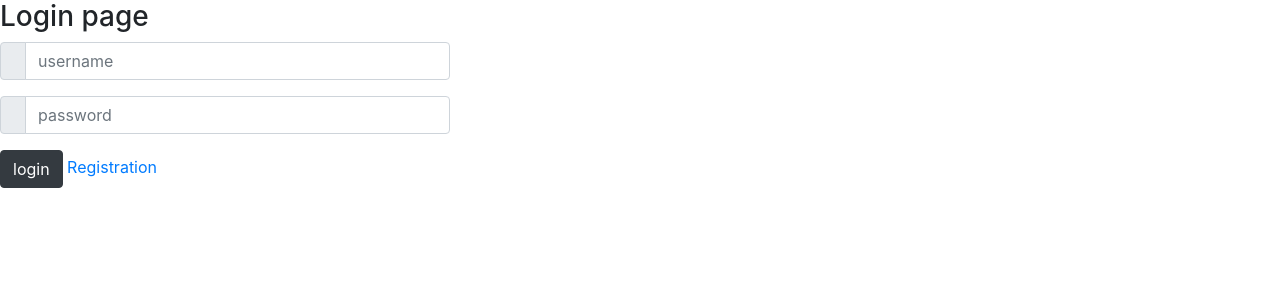
Repository: vishnushelke/LoginPage
Page: http://localhost/MyLoginPage/Login.jsp
The author's editor kept a copy of each file at every save. The page is drawn from the files as they stood at one save, then again after the next save.
The browser window is 1280 px wide. The pictures show the whole page.
The page is served by Tomcat 9. Other server files are loaded and not shown.

Above is the page before, as saved 2019-10-10 06:27:48.

### MyLoginPage/WebContent/Login.jsp
<%@ page language="java" contentType="text/html; charset=UTF-8"
    pageEncoding="UTF-8"%>
<!DOCTYPE html>
<html>
<head>
<meta charset="UTF-8">
<title>Insert title here</title>
<link rel="stylesheet"
href="https://maxcdn.bootstrapcdn.com/bootstrap/4.3.1/css/bootstrap.min.css">
<script
src="https://ajax.googleapis.com/ajax/libs/jquery/3.4.1/jquery.min.js"></script>
<script
src="https://cdnjs.cloudflare.com/ajax/libs/popper.js/1.14.7/umd/popper.min.js"></script>
<script
src="https://maxcdn.bootstrapcdn.com/bootstrap/4.3.1/js/bootstrap.min.js"></script>
</head>
<body>
<form action="login" method="post">
<div style='text-align:center'></div>
<fieldset style="width:450px">
<h3>Login page</h3>
<div class="input-group mb-3">
  <div class="input-group-prepend">
    <span class="input-group-text" id="basic-addon1"></span>
  </div>
  <input type="text" class="form-control" name="username" placeholder="username" aria-label="username" aria-describedby="basic-addon1">
</div>
<div class="input-group mb-3">
  <div class="input-group-prepend">
    <span class="input-group-text" id="basic-addon1"></span>
  </div>
  <input type="password" class="form-control" name="password" placeholder="password" aria-label="password" aria-describedby="basic-addon1">
</div>

<input type="submit" value="login" class="btn btn-dark"></button> <a href="register.jsp">Registration</a>

</form>
</body>


</html>

After the next save:
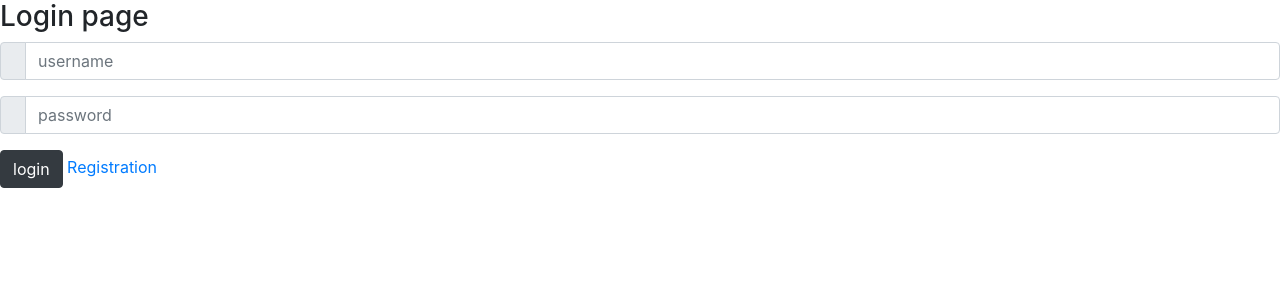
Saved 5 s later.
--- a/MyLoginPage/WebContent/Login.jsp
+++ b/MyLoginPage/WebContent/Login.jsp
@@ -17,7 +17,7 @@
 <body>
 <form action="login" method="post">
 <div style='text-align:center'></div>
-<fieldset style="width:450px">
+<fieldset style="width:450px"></fieldset>
 <h3>Login page</h3>
 <div class="input-group mb-3">
   <div class="input-group-prepend">

After the save that followed:
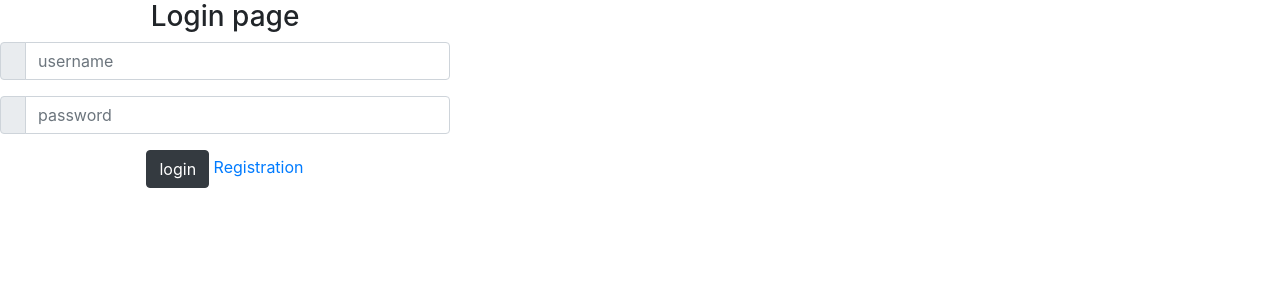
Saved 39 s later.
--- a/MyLoginPage/WebContent/Login.jsp
+++ b/MyLoginPage/WebContent/Login.jsp
@@ -16,8 +16,8 @@
 </head>
 <body>
 <form action="login" method="post">
-<div style='text-align:center'></div>
-<fieldset style="width:450px"></fieldset>
+<div style='text-align:center'>
+<fieldset style="width:450px">
 <h3>Login page</h3>
 <div class="input-group mb-3">
   <div class="input-group-prepend">
@@ -35,6 +35,8 @@
 <input type="submit" value="login" class="btn btn-dark"></button> <a href="register.jsp">Registration</a>
 
 </form>
+</fieldset>
+</div>
 </body>
 
 
